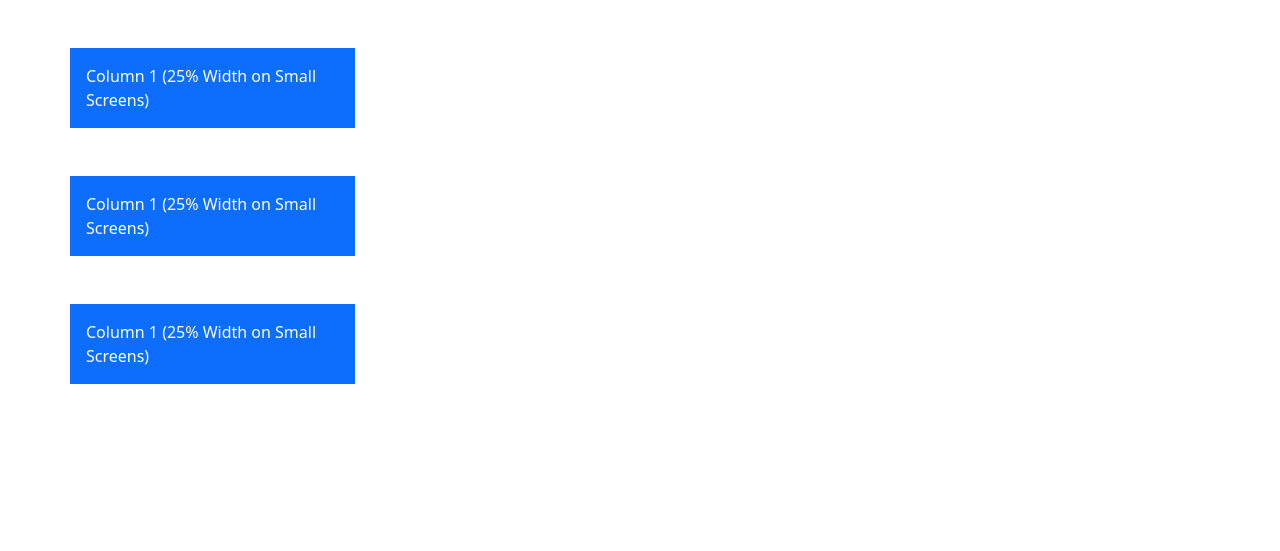
Repository: DeveshPatill/mydjango
Page: ec/app/templates/app/e.html
The author's editor kept a copy of each file at every save. The page is drawn from the files as they stood at one save, then again after the next save.
The browser window is 1280 px wide. The pictures show the whole page.
The page is served by the project's application, run on Django 5.2 (ec/manage.py). Other server files are loaded and not shown. The template is opened directly, without the code that normally fills it, so the values that code supplies are empty.

Above is the page before, as saved 2025-03-22 20:16:46.

### ec/app/templates/app/e.html
<!DOCTYPE html>
<html lang="en">
<head>
    <meta charset="UTF-8">
    <meta name="viewport" content="width=device-width, initial-scale=1.0">
    <title>Bootstrap Example</title>
    <link href="https://cdn.jsdelivr.net/npm/bootstrap@5.3.0/dist/css/bootstrap.min.css" rel="stylesheet">
</head>
<body>

<div class="container my-5">
    <div class="row">
        <div class="col-sm-3 bg-primary text-white p-3">
            Column 1 (25% Width on Small Screens)
        </div>
    </div>
</div>
<div class="container my-5">
    <div class="row">
        <div class="col-sm-3 bg-primary text-white p-3">
            Column 1 (25% Width on Small Screens)
        </div>
    </div>
</div>
<div class="container my-5">
    <div class="row">
        <div class="col-sm-3 bg-primary text-white p-3">
            Column 1 (25% Width on Small Screens)
        </div>
    </div>
</div>

<script src="https://cdn.jsdelivr.net/npm/bootstrap@5.3.0/dist/js/bootstrap.bundle.min.js"></script>
</body>
</html>

### ec/ec/urls.py
"""
URL configuration for ec project.

The `urlpatterns` list routes URLs to views. For more information please see:
    https://docs.djangoproject.com/en/5.1/topics/http/urls/
Examples:
Function views
    1. Add an import:  from my_app import views
    2. Add a URL to urlpatterns:  path('', views.home, name='home')
Class-based views
    1. Add an import:  from other_app.views import Home
    2. Add a URL to urlpatterns:  path('', Home.as_view(), name='home')
Including another URLconf
    1. Import the include() function: from django.urls import include, path
    2. Add a URL to urlpatterns:  path('blog/', include('blog.urls'))
"""

from django.contrib import admin
from django.urls import path,include

urlpatterns = [
    path("admin/", admin.site.urls),
    path("", include("app.urls")),

]

### ec/app/urls.py
from django.urls import path
from .import views

urlpatterns = [
    path("",views.home),
    path("category/<slug:val>",views.CategoryView.as_view(),name="category"),

]

After the next save:
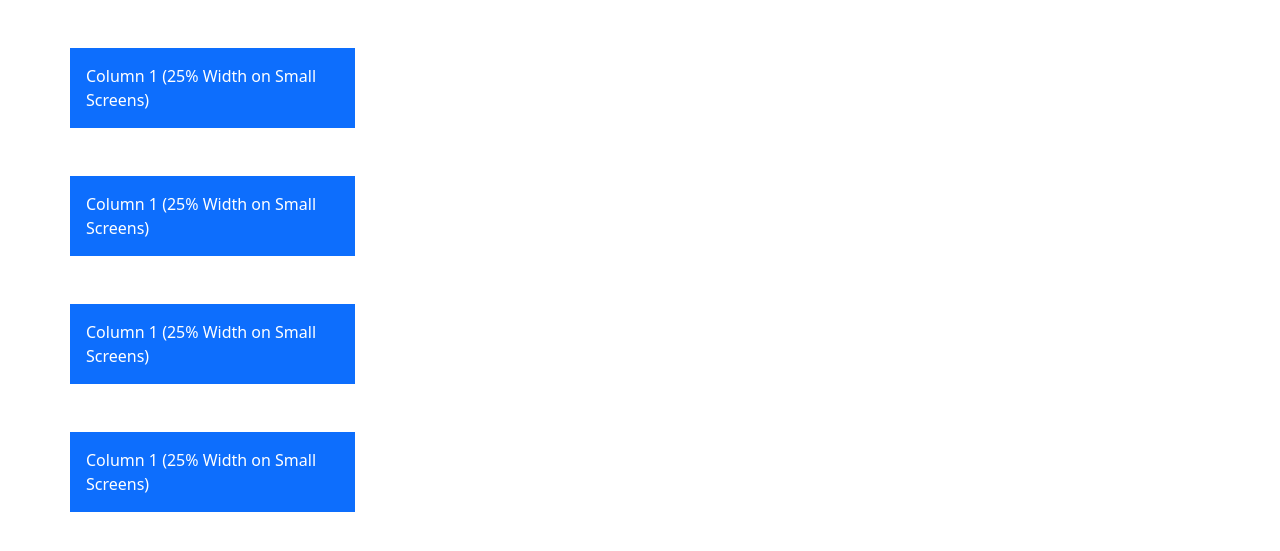
Saved 7 s later.
--- a/ec/app/templates/app/e.html
+++ b/ec/app/templates/app/e.html
@@ -29,6 +29,13 @@
         </div>
     </div>
 </div>
+<div class="container my-5">
+    <div class="row">
+        <div class="col-sm-3 bg-primary text-white p-3">
+            Column 1 (25% Width on Small Screens)
+        </div>
+    </div>
+</div>
 
 <script src="https://cdn.jsdelivr.net/npm/bootstrap@5.3.0/dist/js/bootstrap.bundle.min.js"></script>
 </body>
